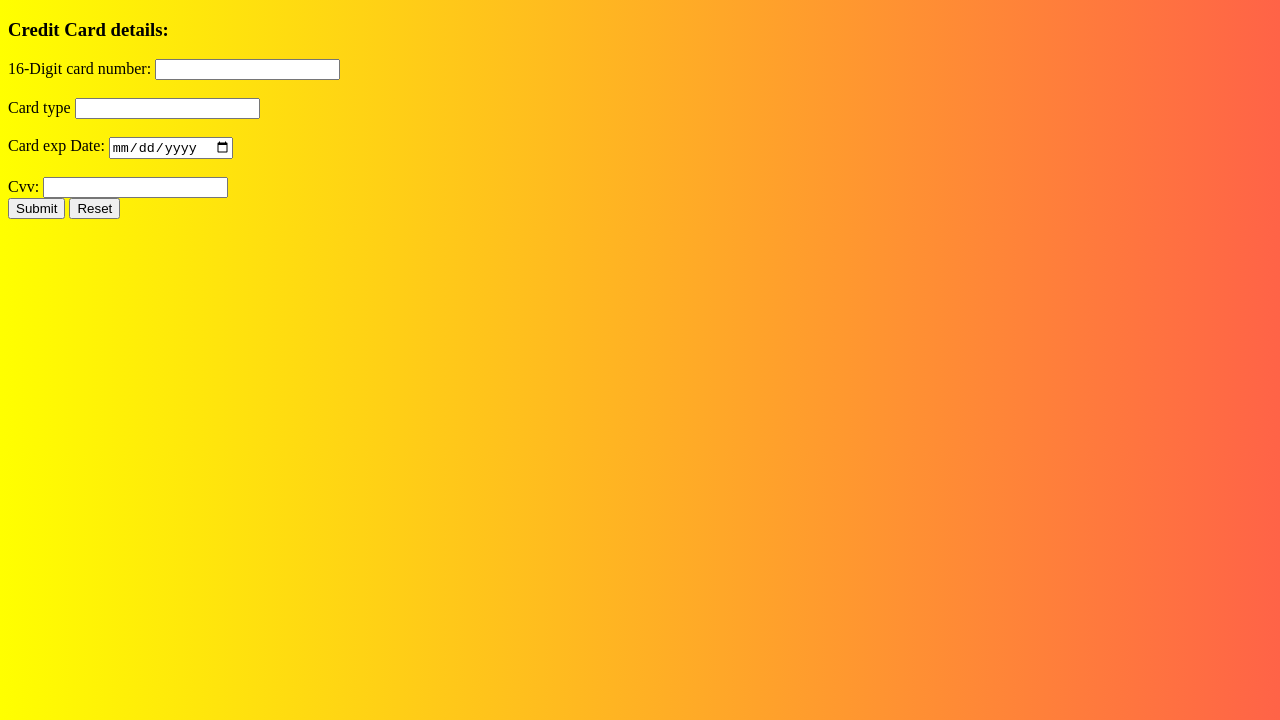
Repository: selvakumar46/Project-Maven
Page: http://localhost/ProjectKFC/creditCard.jsp
These files come from the project's save history. The page is drawn as it stood at one moment and after the next save; the edit follows.
The browser window is 1280 px wide. The pictures show the whole page.
The page is served by Tomcat 9. Nobody is signed in. The application's start-up code is not run. Other server files are loaded and not shown.

Above is the page before, as saved 2022-01-07 05:24:28.

### ProjectKFC/src/main/webapp/creditCard.jsp
<%@ page language="java" contentType="text/html; charset=ISO-8859-1"
	pageEncoding="ISO-8859-1"%>
<!DOCTYPE html>
<html>
<head>
<meta charset="ISO-8859-1">
<title>payment details</title>
<style >
body {
	background:linear-gradient(to right,yellow,tomato);

}
</style>
</head>
<body>
<cente>
	<h3>Credit Card details:</h3>
	<div>
		<form action="payment" method="post">

			<label for="cardNumber">16-Digit card number:</label> <input
				type="text" name="cardNumber" pattern="[0-9]{16}"
				title="enter 16 digit card number" required><br><br> <label
				for="cardType">Card type</label> <input type="text" name="cardType"
				required> <br> <br> <label for="date">Card exp Date:</label>
			<input type="date" name="date" value="22/11/2021" min="22/11/2021"
				max="22/11/2026" required><br> <br> <label
				for="cvv">Cvv:</label> <input type="password" name="Cvv" required><br>



			<button type="submit">Submit</button>
			<button type="reset">Reset</button>

		</form>
	</div>
	</cente>
</body>
</html>

After the next save:
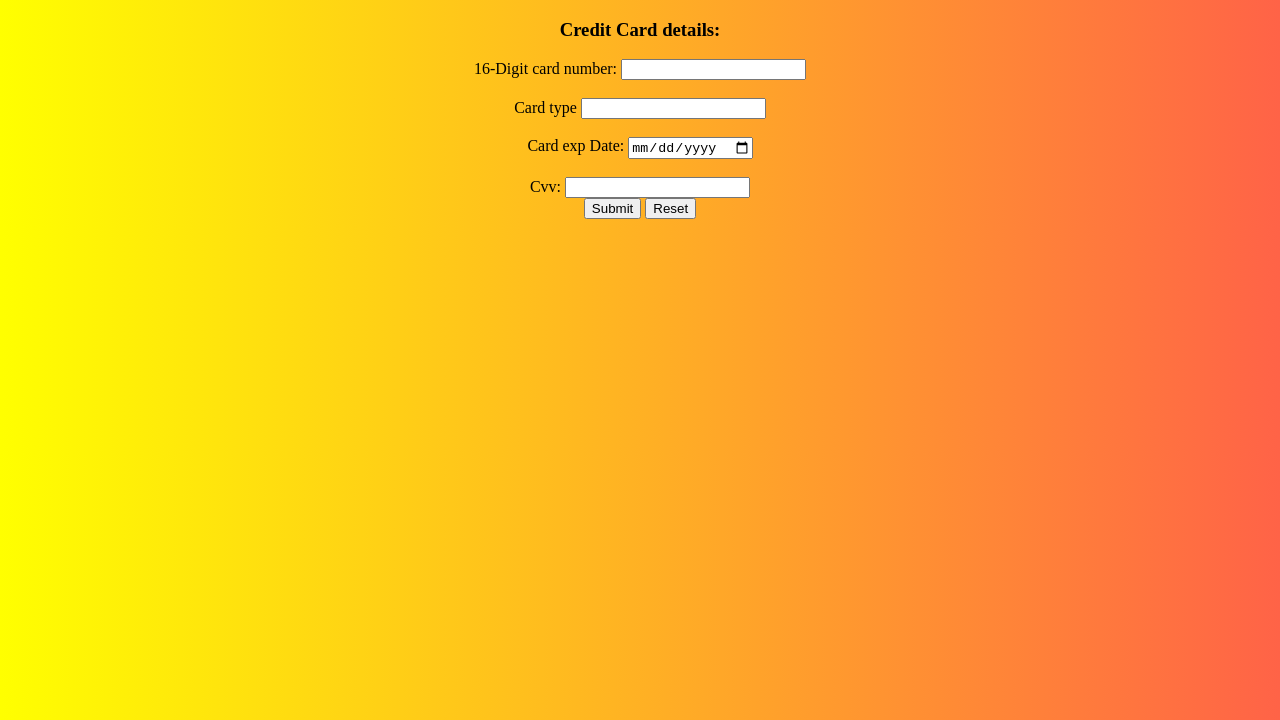
Saved 16 s later.
--- a/ProjectKFC/src/main/webapp/creditCard.jsp
+++ b/ProjectKFC/src/main/webapp/creditCard.jsp
@@ -13,7 +13,7 @@
 </style>
 </head>
 <body>
-<cente>
+<center>
 	<h3>Credit Card details:</h3>
 	<div>
 		<form action="payment" method="post">
@@ -34,6 +34,6 @@
 
 		</form>
 	</div>
-	</cente>
+	</center>
 </body>
 </html>
